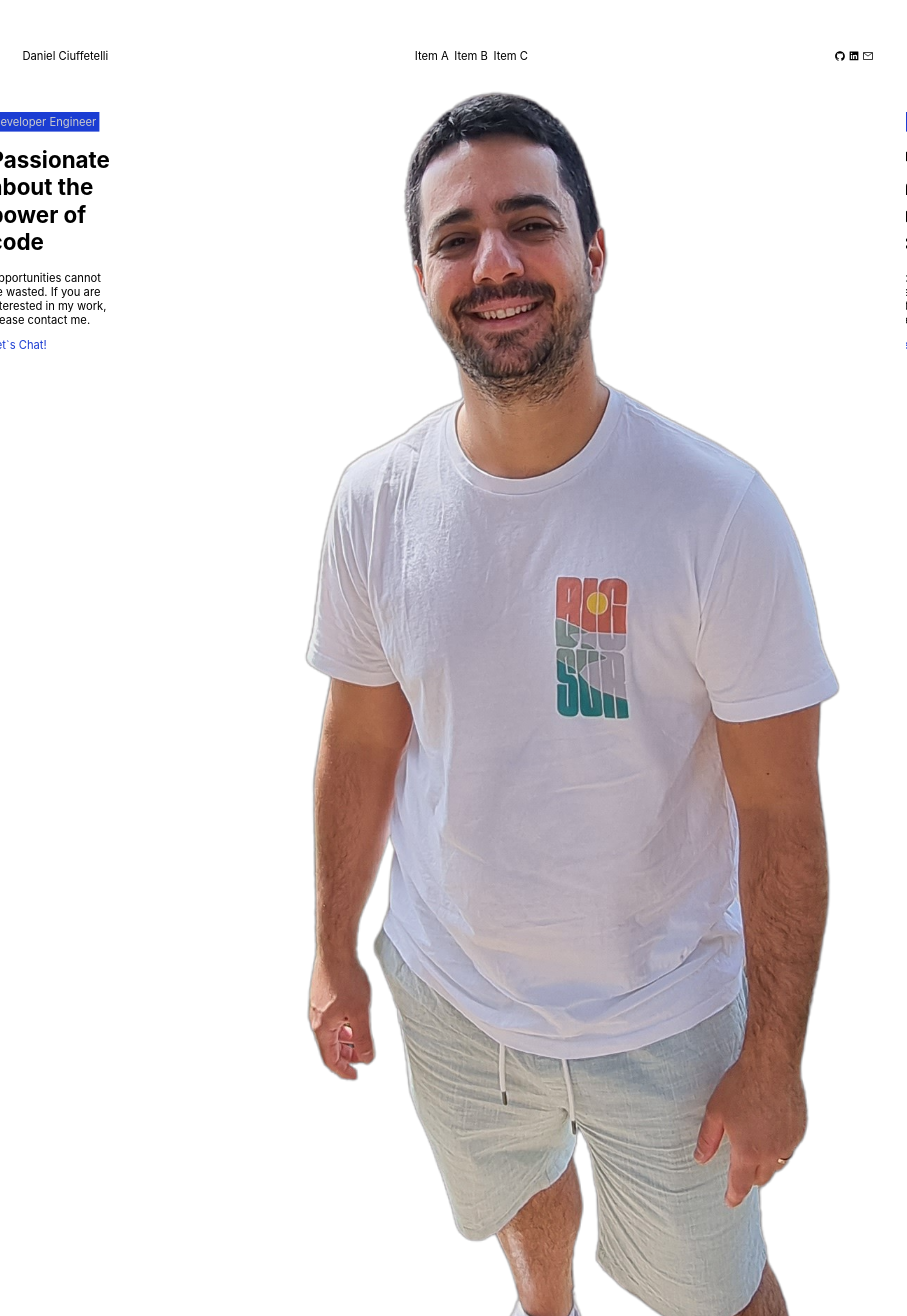
Repository: ciuffetelli/portfolio
Page: / (app in app/)
The author's editor kept a copy of each file at every save. The page is drawn from the files as they stood at one save, then again after the next save.
The browser window is 1280 px wide. The page is 1295 px wide, so the pictures cover 1295 px, including what lies to the right of the window. The pictures show the part of the page from y = 0 to 1880 px (the page is 2701 px tall before and 2721 px after), at 70% of full size.
The project was rebuilt for these pictures with package versions that can differ from the ones it lists, and the page was loaded fresh each time. The framework's server and built-in components were replaced by stand-ins that run in the browser. Also part of the build but not shown: app/next.config.js.

Above is the page before, as saved 2022-12-04 16:26:26.

### app/pages/index.tsx
import Head from 'next/head'
import Image from 'next/image'
import styles from '../styles/Home.module.css'
import styled from 'styled-components'

import { Nav } from '../Components/Nav'
import { Hero } from '../Components/Hero'

export default function Home() {
  return (
    <Container>

        <Head>
          <title>Daniel Ciuffetelli - Developer Engineer</title>
          <meta name="description" content="Generated by create next app" />
          <link rel="icon" href="/favicon.ico" />
        </Head>

        <Main>
          <Nav />

          <Hero />
        </Main>

    </Container>
    // <div className={styles.container}>


    //   <main className={styles.main}>
    //     <Nav />

    //     <Hero />
    //     {/* <h1 className={styles.title}>
    //       Welcome to <a href="https://nextjs.org">Next.js!</a>
    //     </h1>

    //     <p className={styles.description}>
    //       Get started by editing{' '}
    //       <code className={styles.code}>pages/index.tsx</code>
    //     </p>

    //     <div className={styles.grid}>
    //       <a href="https://nextjs.org/docs" className={styles.card}>
    //         <h2>Documentation &rarr;</h2>
    //         <p>Find in-depth information about Next.js features and API.</p>
    //       </a>

    //       <a href="https://nextjs.org/learn" className={styles.card}>
    //         <h2>Learn &rarr;</h2>
    //         <p>Learn about Next.js in an interactive course with quizzes!</p>
    //       </a>

    //       <a
    //         href="https://github.com/vercel/next.js/tree/canary/examples"
    //         className={styles.card}
    //       >
    //         <h2>Examples &rarr;</h2>
    //         <p>Discover and deploy boilerplate example Next.js projects.</p>
    //       </a>

    //       <a
    //         href="https://vercel.com/new?utm_source=create-next-app&utm_medium=default-template&utm_campaign=create-next-app"
    //         target="_blank"
    //         rel="noopener noreferrer"
    //         className={styles.card}
    //       >
    //         <h2>Deploy &rarr;</h2>
    //         <p>
    //           Instantly deploy your Next.js site to a public URL with Vercel.
    //         </p>
    //       </a>
    //     </div> */}
    //   </main>

    //   <footer className={styles.footer}>
    //     <a
    //       href="https://vercel.com?utm_source=create-next-app&utm_medium=default-template&utm_campaign=create-next-app"
    //       target="_blank"
    //       rel="noopener noreferrer"
    //     >
    //       Powered by{' '}
    //       <span className={styles.logo}>
    //         <Image src="/vercel.svg" alt="Vercel Logo" width={72} height={16} />
    //       </span>
    //     </a>
    //   </footer>
    //   <a href='https://elements.envato.com/ds-developer-portfolio-psd-template-9FZDH4D'>Reference</a>
    // </div>
  )
}

const Container = styled.div`
  padding: 0 2rem;
`

const Main = styled.main`
  min-height: 100vh;
  padding: 4rem 0;
  flex: 1;
  display: flex;
  flex-direction: column;
  justify-content: center;
  align-items: center;
`

### app/Components/Nav.tsx
import styled from 'styled-components'

import { AiFillGithub, AiFillLinkedin, AiOutlineMail } from 'react-icons/ai'

export function Nav() {

    return (
        <Container>
            <Name>Daniel Ciuffetelli</Name>
            <Items>
                <MenuItem>Item A</MenuItem>
                <MenuItem>Item B</MenuItem>
                <MenuItem>Item C</MenuItem>
            </Items>
            <Icons>
                <Social>
                    <AiFillGithub />
                    <AiFillLinkedin />
                </Social>
                <AiOutlineMail />
            </Icons>
        </Container>
    )
}

const Container = styled.div`
    display: inline-flex;
    width: 100%;
    height: 2rem;
    justify-content: space-around;
    align-items: center;
`

const Name = styled.div`
    display: none;

    @media (min-width: 500px) {
        display: flex;
    }
`

const Items = styled.div`
    display: inline-flex;
    flex: 1;
    gap: 0.5rem;
    justify-content: center;
`

const MenuItem = styled.div``

const Icons = styled.div`
    display: inline-flex;
    gap: 0.25rem;
`
const Social = styled.div`
    display: none;
    gap: 0.25rem;

    @media (min-width: 500px) {
        display: inline-flex;
    }
`

### app/Components/Hero.tsx
import styled from 'styled-components'

export function Hero() {
    return (
        <Container>
            <LeftSide>
                <Title>Developer Engineer</Title>
                <H1>Passionate about the power of code</H1>
                <Text>Opportunities cannot be wasted. If you are interested in my work, please contact me.</Text>
                <Link>Let`s Chat!</Link>
            </LeftSide>
            <RightSide>
                <Image src="/img/profile.png" />
            </RightSide>
        </Container>
    )
}

const Container = styled.div`
    display: inline-flex;
    margin-bottom: auto;
`

const LeftSide = styled.div`
    padding-top: 2rem;

    @media (min-width: 500px) {
        max-width: 50%;
        padding-top: 4rem;
    }
`

const Title = styled.div`
    width: max-content;
    padding: 0.25rem;
    color: #ccc;
    background-color: #1b3dd3;
`

const H1 = styled.h1``

const Text = styled.p``

const Link = styled.a`
    color: #1b3dd3;
`

const RightSide = styled.div`
    display: none;

    @media (min-width: 500px) {
        display: flex;
    }
`

const Image = styled.img`
    /* width: 50%; */
`

Loaded but not shown: app/pages/_app.tsx (common file); app/styles/globals.css (common file)

After the next save:
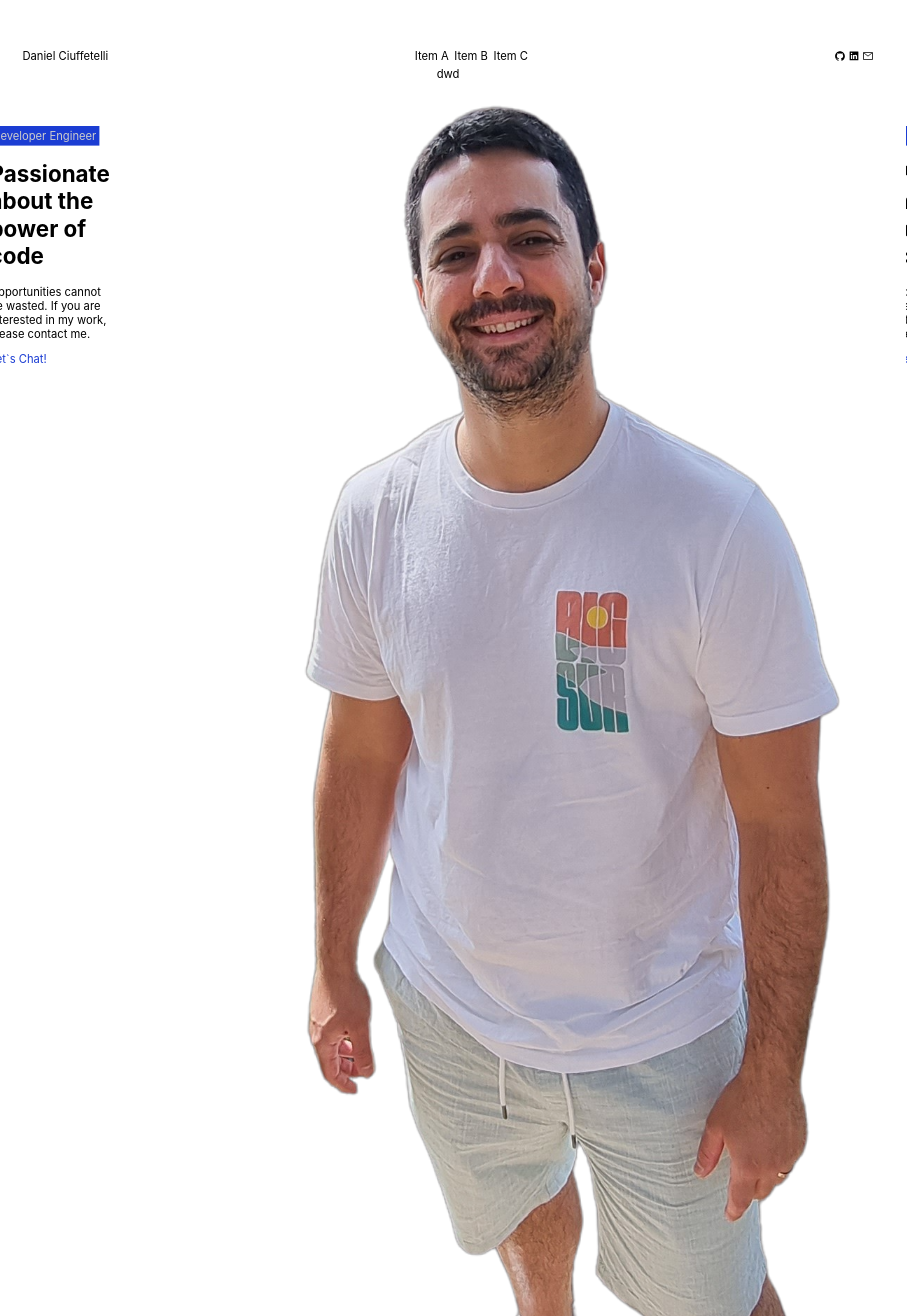
Saved 18 s later.
--- a/app/pages/index.tsx
+++ b/app/pages/index.tsx
@@ -18,7 +18,7 @@
 
         <Main>
           <Nav />
-
+dwd
           <Hero />
         </Main>
 

After the save that followed:
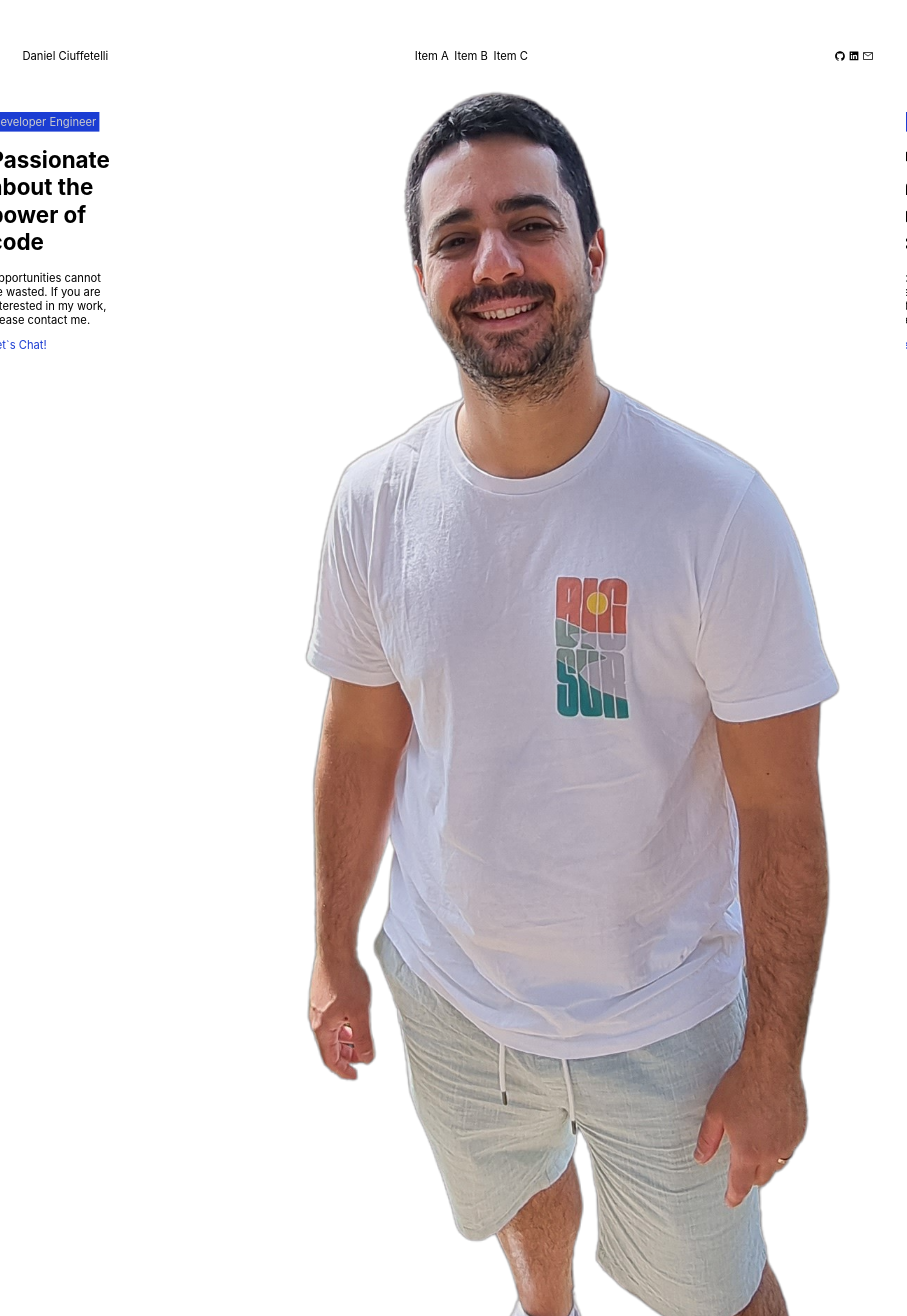
Saved 3 s later.
--- a/app/pages/index.tsx
+++ b/app/pages/index.tsx
@@ -18,7 +18,7 @@
 
         <Main>
           <Nav />
-dwd
+
           <Hero />
         </Main>
 
